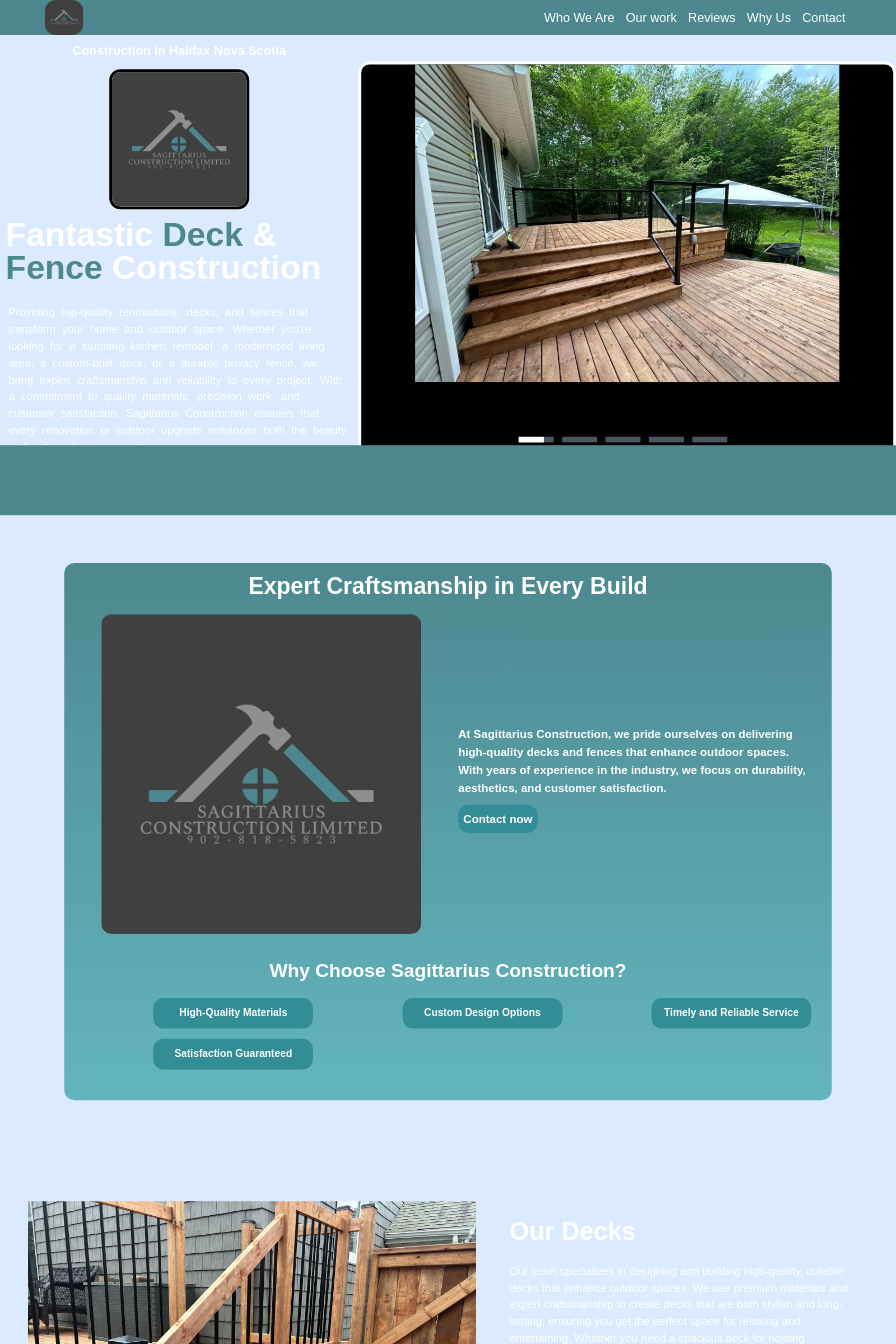
Repository: TMuse333/sagittarius
Page: / (app in frontend/)
An editor plug-in stored every save of this project. The page is shown before and after the next save, followed by the edit.
The browser window is 1280 px wide. The pictures show the part of the page from y = 0 to 1920 px (the page is 9340 px tall), at 70% of full size.
The project was rebuilt for these pictures with package versions that can differ from the ones it lists, and the page was loaded fresh each time. The framework's server and built-in components were replaced by stand-ins that run in the browser. Also part of the build but not shown: frontend/next.config.ts.

Above is the page before, as saved 2025-03-17 19:03:33.

### frontend/src/app/layout.tsx
import { ContextProvider } from "@/context/context";
import type { Metadata } from "next";
import { Geist, Geist_Mono } from "next/font/google";
import "./globals.css";

const geistSans = Geist({
  variable: "--font-geist-sans",
  subsets: ["latin"],
});

const geistMono = Geist_Mono({
  variable: "--font-geist-mono",
  subsets: ["latin"],
});

export const metadata: Metadata = {
  title: "Sagittarius Construction demo",
  description: "Rough draft of your website",
};

export default function RootLayout({
  children,
}: Readonly<{
  children: React.ReactNode;
}>) {
  return (
    <html lang="en">
      <ContextProvider>


      <body
        className={`${geistSans.variable} ${geistMono.variable} antialiased`}
      >
        {children}
      </body>
      </ContextProvider>
    </html>
  );
}

### frontend/src/app/page.tsx
import Homepage from "@/pageComponents/homePage";


export default function Home() {
  return (
 <Homepage/>
  );
}

### frontend/src/app/globals.css
@tailwind base;
@tailwind components;
@tailwind utilities;

:root {
  --background: #DBEAFE;
  --foreground: #171717;
}

@media (prefers-color-scheme: dark) {
  :root {
    --background: #404040;
    --foreground: #ededed;
  }
}

body {
  color: white;
  background: var(--background);
  font-family: Arial, Helvetica, sans-serif;

}

### frontend/src/data/homeData.ts


import { ContentProps } from "@/components/imageTextBox/imageTextBox";


export const carouselHeroData = {
    mainHeader: "Fantastic Deck & Fence Construction",
    titleText: "Construction in Halifax Nova Scotia",
    descriptionText:
      "Providing top-quality renovations, decks, and fences that transform your home and outdoor space. Whether you're looking for a stunning kitchen remodel, a modernized living area, a custom-built deck, or a durable privacy fence, we bring expert craftsmanship and reliability to every project. With a commitment to quality materials, precision work, and customer satisfaction, Sagittarius Construction ensures that every renovation or outdoor upgrade enhances both the beauty and value of your property",
    buttonText: "Get in Touch",
    images: [
        {
            src: '/deck.webp',
            alt: 'Wooden deck built by Sagittarius Construction',
            description: 'A well-crafted outdoor wooden deck providing a comfortable space for relaxation.'
        },
        {
            src: '/indoor-1.webp',
            alt: 'Privacy fence by Sagittarius Construction',
            description: 'A high-quality wooden fence built for security and style.'
        },
        {
            src: '/kitchen-2.webp',
            alt: 'Outdoor patio space by Sagittarius Construction',
            description: 'A beautifully designed patio space perfect for entertaining guests.'
        },
        {
            src: '/tyvek.webp',
            alt: 'Outdoor patio space by Sagittarius Construction',
            description: 'A beautifully designed patio space perfect for entertaining guests.'
        },
        {
            src: '/wall-after.webp',
            alt: 'Outdoor patio space by Sagittarius Construction',
            description: 'A beautifully designed patio space perfect for entertaining guests.'
        }
    ]
  };

export const lorem60 = "Lorem ipsum dolor sit amet consectetur, adipisicing elit. Magnam nobis laborum porro voluptas molestias nihil, eum ea velit quae, perspiciatis blanditiis dolorum culpa unde est eos earum a rem eveniet accusantium doloremque! Molestias illum inventore quae adipisci esse unde tempore, deleniti sed culpa nulla, sint placeat asperiores commodi? Libero ut tempora ad deserunt beatae facilis cum esse magni quaerat. Quasi nihil perspiciatis culpa minus, voluptates inventore saepe repudiandae reiciendis accusantium fuga exercitationem vero, eligendi voluptatibus nam neque, cumque explicabo vitae tenetur expedita accusamus placeat. Corporis perspiciatis, eius minus debitis ex, ad ducimus, error neque id itaque eligendi quibusdam hic pariatur!"

export const imageTextBoxData = {
    src: '/logo.webp',
    alt: 'Sagittarius Construction Team',
    description: "We Are A Local Nova Scotian Team. Delivering Up To Date Construction & Renovation Practices & Designs. Old School Work Ethic & Care, Giving Our Clients Workmanship On A Budget, On Time. We Proudly Commit To A Friendly & Transparent Approach To Building Lasting Relationships."
,
    title: 'Meet Our Team',
    buttonLink: '/about-us',
    buttonText: 'Learn More'
};


  export const imageTextBoxData2 = {
    src: '/logo.webp', // Replace with your image source
    alt: 'Lorem Ipsum Team',
    description: 'Lorem ipsum dolor sit amet, consectetur adipiscing elit. Sed do eiusmod tempor incididunt ut labore et dolore magna aliqua. Ut enim ad minim veniam, quis nostrud exercitation ullamco laboris nisi ut aliquip ex ea commodo consequat.\n\n' +
    'Duis aute irure dolor in reprehenderit in voluptate velit esse cillum dolore eu fugiat nulla pariatur. Excepteur sint occaecat cupidatat non proident, sunt in culpa qui officia deserunt mollit anim id est laborum.',

    reverse: false, // Optional: You can set it to true if needed to adjust the layout
    title: 'Find a home',
    buttonLink: '/buy-home', // Link to the About page
    buttonText: 'Learn More'
  };


  export const experienceCardData = {
    title: 'Expert Craftsmanship in Every Build',
    src: '/logo.webp',
    alt: 'Experienced Builders',
    description:
        "At Sagittarius Construction, we pride ourselves on delivering high-quality decks and fences that enhance outdoor spaces. With years of experience in the industry, we focus on durability, aesthetics, and customer satisfaction."
        ,
    aspects: [
        'High-Quality Materials',
        'Custom Design Options',
        'Timely and Reliable Service',
        'Satisfaction Guaranteed',
    ],
    link: '/contact',
    reverse: false,
    aspectHeader: 'Why Choose Sagittarius Construction?',
};

  //interface Props {
//     title?: string;
//     description?: string;
//     bgImage?:boolean
//     images: {
//         src: string;
//         alt: string;
//         title:string,
//         description:string,
//         link?:string,
//         date?:string

//     }[];
//     iframe?:boolean

// }

export const textAndListData = {
    subTitle: "Why Choose Sagittarius Construction?",
    title: "Deck and Fence Specialists You Can Trust",
    src: "/logo.webp",
    alt: "Sagittarius Construction Logo",
    description:
      "We bring expertise, precision, and dedication to every deck and fence project. Our goal is to create outdoor spaces that are both functional and visually appealing. Contact us today for a consultation.",
    listAspects: [
        {
            src: "/materials.jpg",
            alt: "Premium Materials",
            title: "High-Quality Materials",
            description: "We use only the best materials to ensure long-lasting decks and fences.",
        },
        {
            src: "/design.jpg",
            alt: "Custom Designs",
            title: "Custom Designs",
            description: "Every project is tailored to match your style and outdoor space.",
        },
        {
            src: "/reliable.jpg",
            alt: "Reliable Service",
            title: "Reliable & Efficient",
            description: "We complete projects on time and with meticulous attention to detail.",
        }
    ],
};




  export const parallaxTextContentData = {
    src: '/place-holder.jpg',
    alt: 'Lorem Ipsum Team',
    isVideo: false,
    muted: false,
    // thumbnail: false,
    description: "Chris hosts a captivating podcast that brings together voices from across Halifax, diving into stories of success, business, and community impact. Each episode offers listeners valuable insights, engaging discussions, and a fresh perspective on local industries.\n\n" +
    "From entrepreneurs to creatives, Chris explores what drives Halifax forward, sharing inspiring conversations with influential guests. Whether you're looking to learn, connect, or be entertained, this podcast is your go-to source for real conversations that matter.",

    heading: 'The Halifax Network Podcast',
    subHeading: 'Keeping you connected'
  };




export const closingStatement = {
  title: "Transform Your Well-Being Today",
  description: `Whether you’re buying your first home, upgrading to a dream property, or selling to start a new chapter, I’m here to make the process simple and stress-free. With deep roots in Halifax and over a decade of sales and marketing experience, I combine local market knowledge with personalized service to help you reach your real estate goals.

  As a proud member of RE/MAX Nova, I focus on delivering results while building lasting relationships. My mission is to provide expert advice, innovative strategies, and clear communication every step of the way.

  Let’s navigate the Halifax real estate market together—whether you're looking for a cozy home in Sackville, a vibrant condo in Downtown Halifax, or a rental property to build your investment portfolio.

  Ready to get started? I’d love to hear your story and help you take the next step.`,
  buttonText: "Book Your Appointment Now",
  buttonDestination: "/contact",
};

// src:string,
// alt:string,
// name:string,
// title:string
// description:string,
// quote:string
// phone:string,
// email:string,


// export const contactData = {
//   src:'/chris-nobg.png',
//   alt:'Chris Crowell',
//   name:'Chris Crowell',
//   title:'Your Netword Realtor',
//   description:'Ready to go',
//   quote:'Your can place an ending statment here or something else.',
//   phone:'902-209-3919',
//   email:'chriscrowell@remaxNova.ca'

// }


export const testimonials = [
  {
    name: "Ernestine Meagher-Oakley",
    src: "/place-holder.jpg",
    description:
      "I am very pleased with the work on our deck and front railing. The work is top quality. Michael and Crew do their own work and do not contract out. They are fair, dependable and great to work with.",
    date: "a month ago",
    alt: "Testimonial from Alicia Lockhart"
  },
  {
    name: "Michela Demarco",
    src: "/place-holder.jpg",
    description:
      "Does great work and is always reliable!",
    date: "a month ago",
    alt: "Testimonial from Jake Gaudet"
  },
  {
    name: "Rose Dillman",
    src: "/place-holder.jpg",
    description:
      "I had Mike and crew to do gable ends on my house. I was very pleased with the work. when he found something else wrong that should be fixed, he let me know before going ahead. very reasonable price and very careful and considerate of property. Nice job guys.",
    date: "a month ago",
    alt: "Testimonial from Adam Piercey"
  },
  {
    name: "Rachael Taylor",
    src: "/place-holder.jpg",
    description:
      `I have been fortunate enough to have Michael and his crew on a couple projects. Obviously I am pleased with the work and the end results, thus the review. But what impressed me was them taking the time to confirm the integrity of the surrounding area, making suggestions to improve the function and longevity of my outdoor living space, and their clear concise communications. Not to mention their quote was accurate, and extremely reasonable compared to the others I received.
      You will love the beauty that Sagittarius C&R creates for your custom project. From the quality of the materials to the time and attention to detail, you will see the pride they take in their work every step of the way.`,
    date: "5 months ago",
    alt: "Testimonial from John Gilfillan"
  },
//   {
//     name: "Bryan Lawlor",
//     src: "/place-holder.jpg",
//     description:
//       "Chris was great to deal with! He is very knowledgeable of the industry and fully understood our needs and wants. Also was readily available to have phone calls when we needed to ask questions!",
//     date: "4 weeks ago",
//     alt: "Testimonial from Bryan Lawlor"
//   },
//   {
//     name: "Bonnie Noddin",
//     src: "/place-holder.jpg",
//     description:
//       "Amazing customer service and a whole lot of support through the first-time home buyers process. Couldn't have asked for a better agent on my side! Thanks so much, Chris - you made this experience so positive for us! Quick responses, strong support!",
//     date: "5 months ago",
//     alt: "Testimonial from Bonnie Noddin"
//   },
//   {
//     name: "John Vo",
//     src: "/place-holder.jpg",
//     description:
//       "Chris is a very knowledgeable and responsive realtor. He goes above and beyond for his clients and I recommend him for anyone looking to buy or sell their home. You won't be disappointed!",
//     date: "4 months ago",
//     alt: "Testimonial from John Vo"
//   },
//   {
//     name: "Cathy MacDonald",
//     src: "/place-holder.jpg",
//     description:
//       "Best broker ever. Chris was very knowledgeable and always there when I needed him. He made the purchase of my home stress-free. Whatever I needed, whatever questions I had he was there. I highly recommend Chris to everyone.",
//     date: "a year ago",
//     alt: "Testimonial from Cathy MacDonald"
//   },
//   {
//     name: "Marilou Simons",
//     src: "/place-holder.jpg",
//     description:
//       "Chris is absolutely phenomenal- he helped myself and my husband every step of the way through the process of buying our first home- which, in this market/time, we weren’t sure would happen, let alone have a good time while doing it.",
//     date: "a year ago",
//     alt: "Testimonial from Marilou Simons"
//   },
//   {
//     name: "Austin Maillet",
//     src: "/place-holder.jpg",
//     description:
//       "Easy to work with, knows his stuff, got us the price we wanted - what more could you ask for? Chris is good at what he does!",
//     date: "a month ago",
//     alt: "Testimonial from Austin Maillet"
//   },
//   {
//     name: "LUCAS RIBEIRO DE SOUZA Ribeiro",
//     src: "/place-holder.jpg",
//     description:
//       "Absolutely fantastic, caring, all-time available and honest and transparent. I cannot encourage enough anyone buying a home to go with this man. He is just great and cares for his clients with all he has. Thanks again for all your hard work, Chris! You rock!",
//     date: "8 months ago",
//     alt: "Testimonial from LUCAS RIBEIRO DE SOUZA Ribeiro"
//   },
//   {
//     name: "Joline LeBlanc",
//     src: "/place-holder.jpg",
//     description:
//       "Chris took the stress out of trying to sell my place from across the country. No matter what hurdles were put in the way, he was prepared to deal with them and keep the process moving forward. Great communication throughout the whole process!",
//     date: "a year ago",
//     alt: "Testimonial from Joline LeBlanc"
//   }
];


export const dualImageData = [
    {
        src1:'/sad-face.png',
        alt1:'sad man',
        src2:'/happy-face.jpg',
        alt2:'happy man',
        description:'Before i tried youth bar i was very sad'+
        " as i had a non youthful face but now i am happy because i look young again due to youth bar's great services",
        name:"Jonathan"
    },
    {
        src1:'/sad-face.png',
        alt1:'sad man',
        src2:'/happy-face.jpg',
        alt2:'happy man',
        description:'Before i tried youth bar i was very sad'+
        " as i had a non youthful face but now i am happy because i look young again due to youth bar's great services",
        name:"Jonathan"
    },
    {
        src1:'/sad-face.png',
        alt1:'sad man',
        src2:'/happy-face.jpg',
        alt2:'happy man',
        description:'Before i tried youth bar i was very sad'+
        " as i had a non youthful face but now i am happy because i look young again due to youth bar's great services",
        name:"-Jonathan, satisfied customer"
    },
    {
        src1:'/sad-face.png',
        alt1:'sad man',
        src2:'/happy-face.jpg',
        alt2:'happy man',
        description:'Before i tried youth bar i was very sad'+
        " as i had a non youthful face but now i am happy because i look young again due to youth bar's great services",
        name:"-Jonathan, satisfied customer"
    }
]



export const gridItems = [
    {
        url:'/deck.webp',
        title:'A deck for sagittarius construction'
    },
    {
        url:'/indoor-1.webp',
        title:'A indoor image for sagittarius construction'
    },
    {
        url:'/kitchen-2.webp',
        title:'A kitchen from sagittarius construction'
    },
    {
        url:'/tyvek.webp',
        title:'A deck for sagittarius construction'
    },
    {
        url:'/wall-after.webp',
        title:'A deck for sagittarius construction'
    },
    {
      url:'/big-fence.webp',
       title:'A deck for sagittarius construction'
    },
    {
      url:'/deck2.webp',
      title:'A deck for sagittarius construction'
    },
   {
    url:'/deck4.webp',
    title:'A deck for sagittarius construction'

   },
   {
    url:'/kitchen.webp',
    title:'A kitchen'
   }
]


export const deckTextBox: ContentProps = {
  src: '/deck3.webp',
  alt: 'A big deck for Sagittarius Construction',
  description: 'Our team specializes in designing and building high-quality, durable decks that enhance outdoor spaces. We use premium materials and expert craftsmanship to create decks that are both stylish and long-lasting, ensuring you get the perfect space for relaxing and entertaining. Whether you need a spacious deck for hosting gatherings or a cozy retreat for quiet evenings, we tailor every project to your needs. Our attention to detail and commitment to excellence guarantee a deck that not only looks great but also withstands the test of time.',
  title: 'Our Decks',
};

export const fenceTextBox: ContentProps = {
  src: '/big-fence.webp',
  alt: 'A tall wooden fence built by Sagittarius Construction',
  description: 'We build strong, aesthetically pleasing fences that provide security, privacy, and curb appeal. Whether you need a classic wooden fence, a modern design, or a fully customized solution, we ensure top-tier craftsmanship and high-quality materials. Our fences are built to endure harsh weather conditions while maintaining their beauty and functionality. From enhancing the look of your property to keeping your space secure, our expertly crafted fences are designed to meet your specific requirements, giving you peace of mind and a standout property boundary.',
  title: 'Our Fences',
};

export const aspectsData = [
  {
    title: "Expertise and Experience",
    src: "/big-fence.webp",
    description: "Our team has extensive experience in various types of construction projects, ensuring high-quality results.",
    alt: "A reason to choose Sagittarius Construction",
  },
  {
    title: "Skilled Workforce",
    src: "/big-fence.webp",
    description: "We employ skilled professionals who are trained in the latest construction techniques and safety standards.",
    alt: "A reason to choose Sagittarius Construction",
  },
  {
    title: "Quality Materials",
    src: "/big-fence.webp",
    description: "We use only the best materials to ensure durability and longevity in all our projects.",
    alt: "A reason to choose Sagittarius Construction",
  },
  {
    title: "Customer-Centric Approach",
    src: "/big-fence.webp",
    description: "We prioritize our clients’ needs and provide personalized service to ensure that your vision is realized.",
    alt: "A reason to choose Sagittarius Construction",
  },
  {
    title: "Timely Completion",
    src: "/big-fence.webp",
    description: "We understand the importance of deadlines and work diligently to complete projects on time without compromising quality.",
    alt: "A reason to choose Sagittarius Construction",
  },
  {
    title: "Transparent Pricing",
    src: "/big-fence.webp",
    description: "Our pricing is competitive and transparent, with no hidden fees. We provide detailed estimates to help you budget effectively.",
    alt: "A reason to choose Sagittarius Construction",
  },
  {
    title: "Sustainability Practices",
    src: "/big-fence.webp",
    description: "We are committed to environmentally friendly practices, using sustainable materials and energy-efficient techniques wherever possible.",
    alt: "A reason to choose Sagittarius Construction",
  },
  {
    title: "Strong Reputation",
    src: "/big-fence.webp",
    description: "Our company has a solid track record of satisfied clients and successful projects, which speaks to our reliability and quality of work.",
    alt: "A reason to choose Sagittarius Construction",
  },
  {
    title: "Comprehensive Services",
    src: "/big-fence.webp",
    description: "We offer a wide range of services, from initial design and planning to construction and post-project support.",
    alt: "A reason to choose Sagittarius Construction",
  },
  {
    title: "Safety Commitment",
    src: "/big-fence.webp",
    description: "Safety is our top priority. We adhere to strict safety protocols to ensure the well-being of our team and clients.",
    alt: "A reason to choose Sagittarius Construction",
  },
];

Loaded but not shown: frontend/tailwind.config.ts (common file); frontend/src/components/gridCarousel/gridCarousel.tsx (309 lines, source omitted); frontend/src/components/experienceCard/experienceCard.tsx (230 lines, source omitted); frontend/src/components/herobanner/carouselHero.tsx (224 lines, source omitted); frontend/src/components/contactForm/contactForm.tsx (177 lines, source omitted); frontend/src/components/ImageAspects/imageAspects.tsx (280 lines, source omitted); frontend/src/components/textAndList/textAndList.tsx (222 lines, source omitted); frontend/src/components/navbar/navbar.tsx (156 lines, source omitted); frontend/src/components/textAnimations/appearingGradient/appearingGradient.tsx (152 lines, source omitted); frontend/src/components/textAnimations/typeAlongText/typeAlongText.tsx (118 lines, source omitted); frontend/src/components/imageTextBox/imageTextBox.tsx (191 lines, source omitted); frontend/src/components/contactForm/inputForm.tsx (82 lines, source omitted); frontend/src/components/textAnimations/slidingText/slidingText.tsx (86 lines, source omitted); frontend/src/components/textAnimations/fadeInFromLeftText/fadeInFromLeftText.tsx (88 lines, source omitted); frontend/src/pageComponents/homePage.tsx (152 lines, source omitted); frontend/src/components/footer/footer.tsx (107 lines, source omitted); frontend/src/components/googleReviews/googleReviews.tsx (131 lines, source omitted); frontend/src/context/context.tsx (104 lines, source omitted)

After the next save:
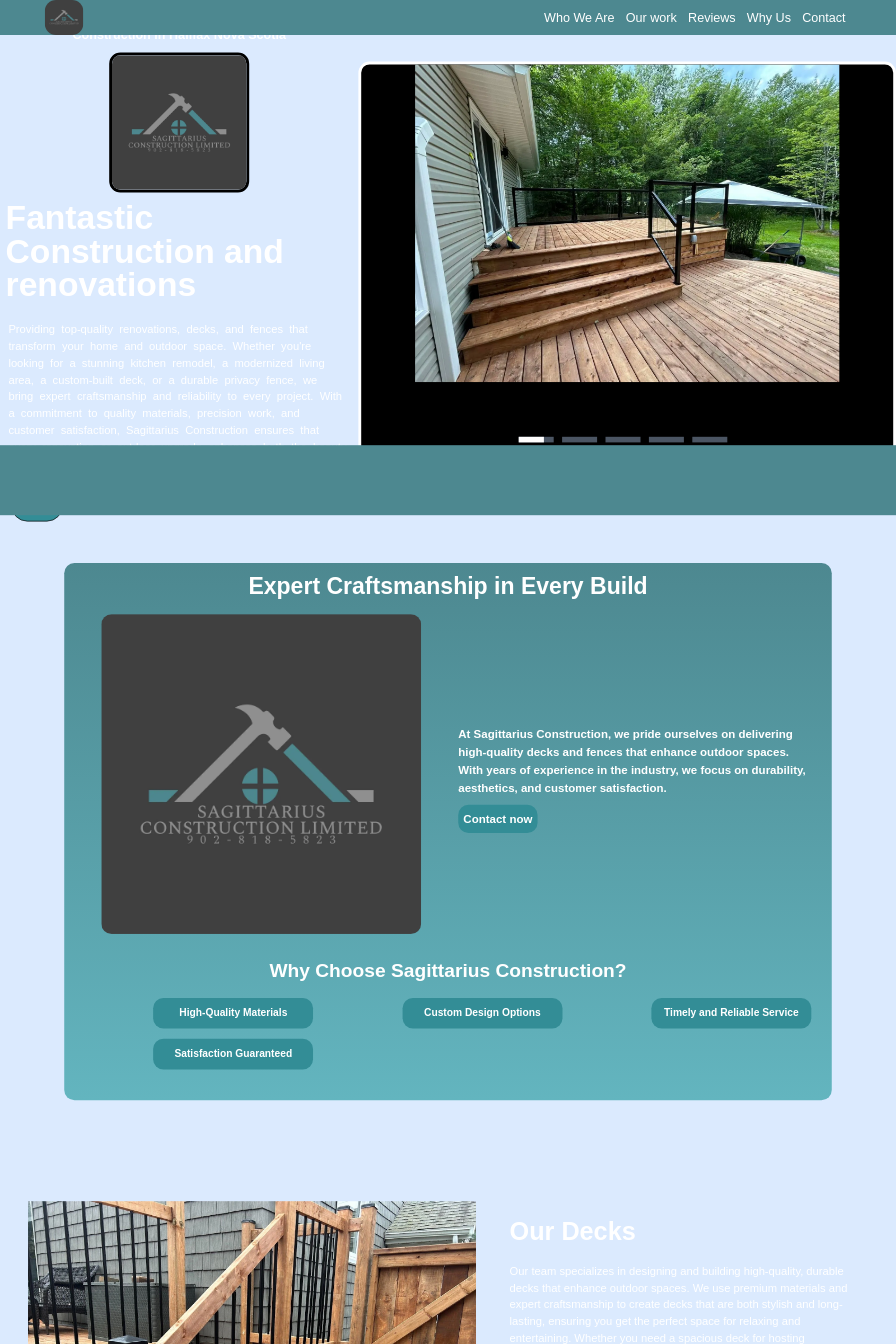
Saved 35 s later.
--- a/frontend/src/data/homeData.ts
+++ b/frontend/src/data/homeData.ts
@@ -4,7 +4,7 @@
 
 
 export const carouselHeroData = {
-    mainHeader: "Fantastic Deck & Fence Construction",
+    mainHeader: "Fantastic Construction and renovations",
     titleText: "Construction in Halifax Nova Scotia",
     descriptionText:
       "Providing top-quality renovations, decks, and fences that transform your home and outdoor space. Whether you're looking for a stunning kitchen remodel, a modernized living area, a custom-built deck, or a durable privacy fence, we bring expert craftsmanship and reliability to every project. With a commitment to quality materials, precision work, and customer satisfaction, Sagittarius Construction ensures that every renovation or outdoor upgrade enhances both the beauty and value of your property",
